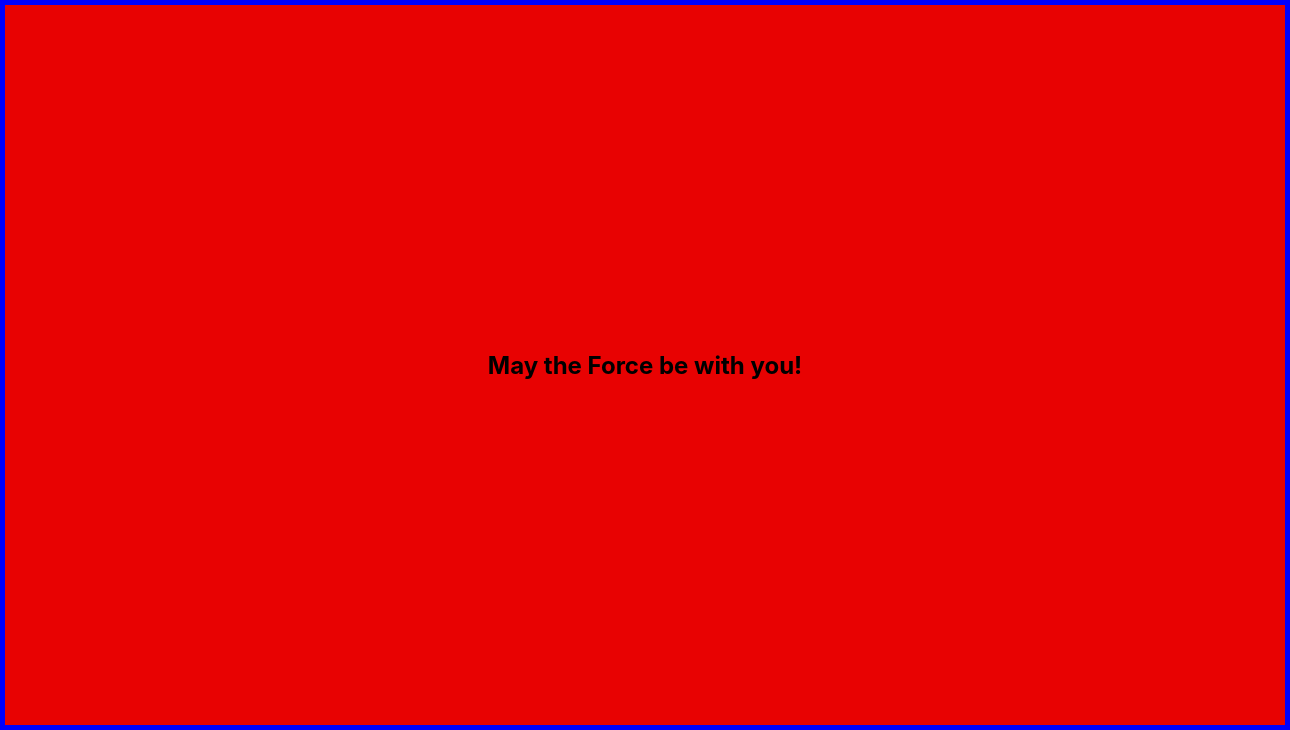
Repository: apeli23/posteranimation
Page: /
These files come from the project's save history. The page is drawn as it stood at one moment and after the next save; the edit follows.
The browser window is 1280 px wide. The page is 1290 px wide, then 1280 px, so the pictures cover 1290 px, including what lies to the right of the window. The pictures show the whole page.
The project was rebuilt for these pictures with package versions that can differ from the ones it lists, and the page was loaded fresh each time. The framework's server and built-in components were replaced by stand-ins that run in the browser. Also part of the build but not shown: next.config.js.

Above is the page before, as saved 2022-04-26 14:35:21.

After the next save:
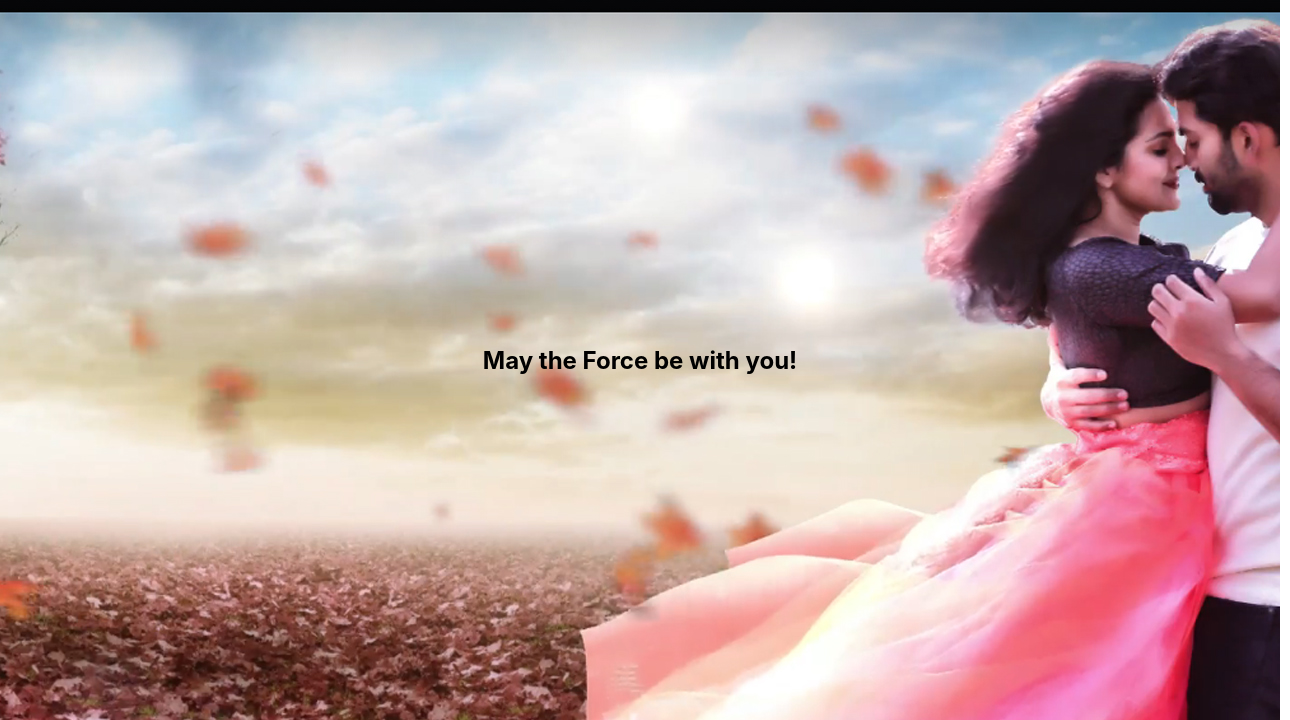
Saved 7 s later.
--- a/styles/globals.css
+++ b/styles/globals.css
@@ -1,27 +1,23 @@
-html
-body{
-text-align: center;
-text-align: center;
-    object-fit: cover;
-    align-items: center;
+html body {
+  text-align: left;
+  object-fit: cover;
   font-family: -apple-system, BlinkMacSystemFont, Segoe UI, Roboto, Oxygen,
     Ubuntu, Cantarell, Fira Sans, Droid Sans, Helvetica Neue, sans-serif;
 }
 
-*
- {
+* {
   margin: 0;
   padding: 0;
   box-sizing: 0;
 }
-.row{
+.item{
   align-items: center;
   display: flex;
   flex-direction: row;
   /* border: 3px solid rgb(0, 0, 0); */
   text-align: center;
   padding: 10px;
-  margin: 50px;
+  margin: 10px;
 }
 
 .column {
@@ -30,53 +26,67 @@
   /* border:3px solid  rgb(182, 0, 0); */
   text-align: center;
 }
-.container
-{
-  border:5px solid blue;
+.container {
+  /* border: 5px solid blue; */
   position: absolute;
   top: 0;
   left: 50;
   width: 100%;
   height: 100vh;
   display: flex;
-  justify-content:center;
-  align-items:center;
-  background: #e80202;
+  justify-content: center;
+  align-items: center;
+  background-image: url("../public/sample1.jpg");
   overflow: hidden
 }
 
-.heart
-{
+.heart {
   position: absolute;
   width: 40px;
   height: 40px;
-  background: #e80202;
+  background: transparent;
   transform: rotate(45deg);
-  box-shadow: 0 -20px 20px rgba(0,0,0,0.1);
+  box-shadow: 0 -20px 20px rgba(0, 0, 0, 0.1);
 }
 
-.heart::before
-{
+.heart::before {
   content: '';
   position: absolute;
   top: -50%;
   left: 0%;
   width: 100%;
   height: 100%;
-  background: #e80202;
+  background: transparent;
   border-radius: 50%;
-  box-shadow: -20px 0 20px rgba(0,0,0,0.1);
+  box-shadow: -20px 0 20px rgba(0, 0, 0, 0.1);
 }
 
-.heart::after
-{
+.heart::after {
   content: '';
   position: absolute;
   top: 0;
   left: -50%;
   width: 100%;
   height: 100%;
-  background: #e80202;
+  background: transparent;
   border-radius: 50%;
-  box-shadow: -20px 0 20px rgba(0,0,0,0.1);
+  box-shadow: -20px 0 20px rgba(0, 0, 0, 0.1);
 }
+
+button {
+  padding: 15px;
+    color: #7B7B7B;
+    background-color: #FFF;
+    border-radius: 1rem;
+    border: 1px solid;
+    font-size: 20px;
+    width: 200px;
+    height: 60px;
+    align-items: center;
+    text-align: center;
+}
+button:hover {
+  transform: translateY(-3px);
+  transition: 1s;
+  box-shadow: 0 10px 20px rgba(0, 0, 0, 0.2);
+}
